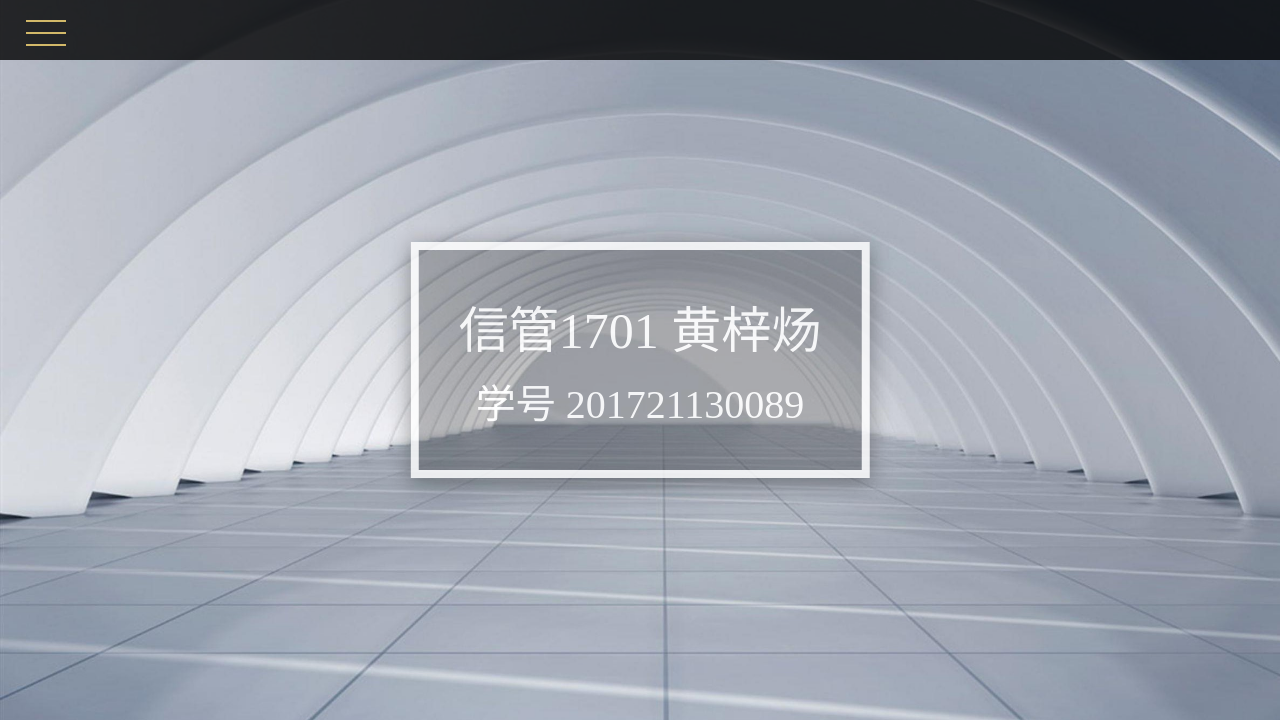
Repository: ustc-hzy/ziYang
Page: index.html
These files come from the project's save history. The page is drawn as it stood at one moment and after a run of saves; the edit follows.
The browser window is 1280 px wide. The pictures show the whole page.

Above is the page before, as saved 2020-06-18 20:33:47.

After the next 2 saves:
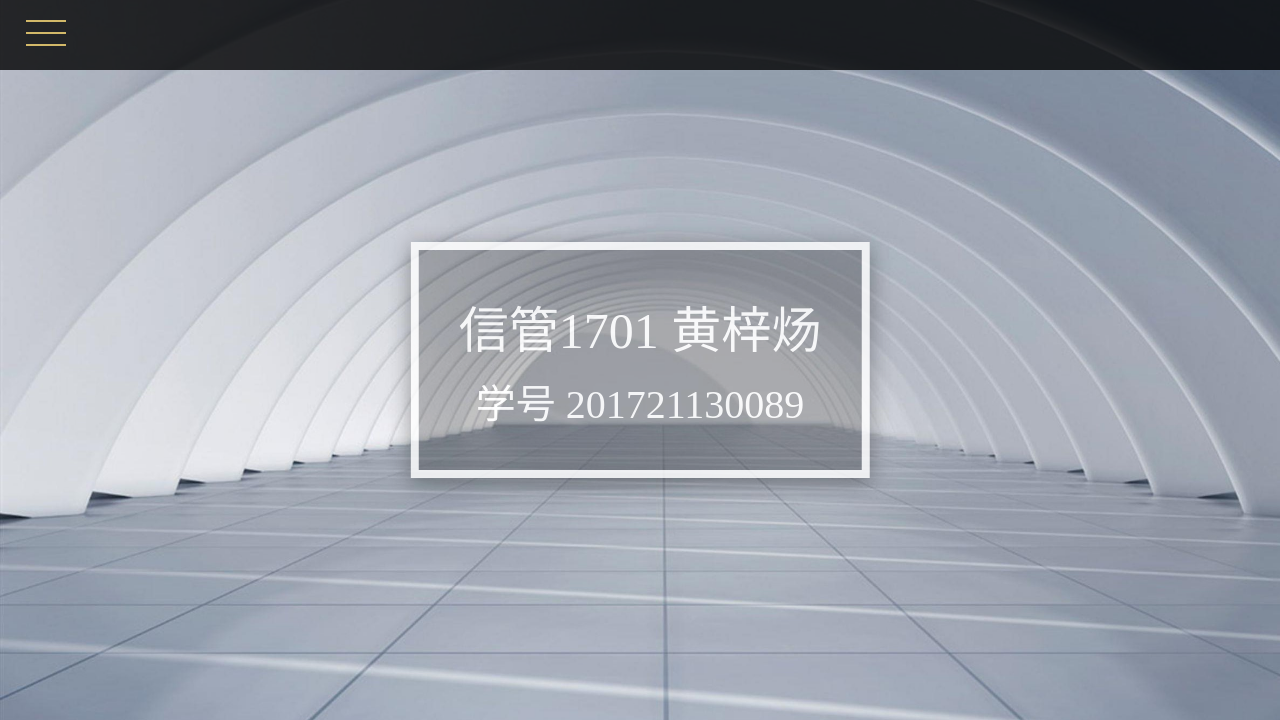
The 2 saves are shown as one change because they came seconds apart.
The last was saved 13 min 56 s later.
--- a/css/style.css
+++ b/css/style.css
@@ -12,7 +12,7 @@
 }
 /* 导航栏背景 */
 header{
-    height: 60px;
+    height: 70px;
     background-color: #000000;
     opacity: 0.8;
 }

After the save that followed:
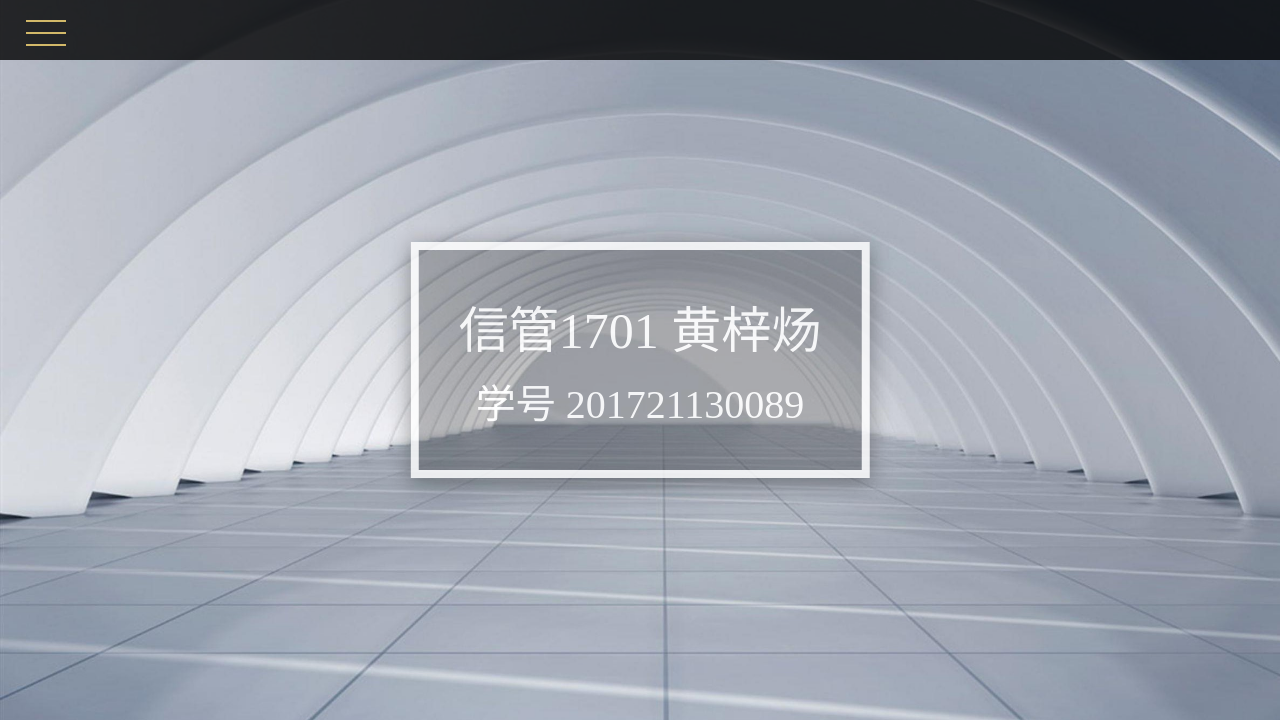
Saved 5 min 21 s later.
--- a/css/style.css
+++ b/css/style.css
@@ -12,7 +12,7 @@
 }
 /* 导航栏背景 */
 header{
-    height: 70px;
+    height: 60px;
     background-color: #000000;
     opacity: 0.8;
 }
